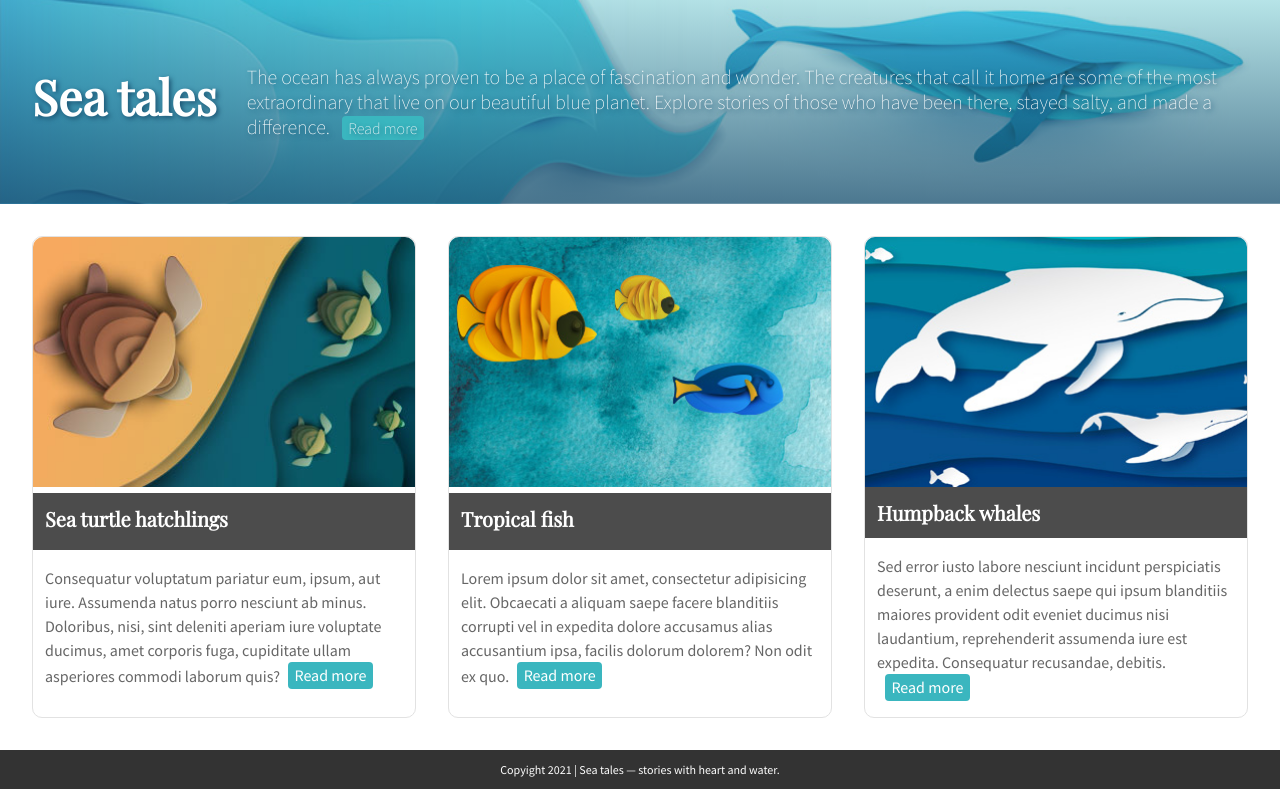
Repository: mariocapitbrok/css-combining-grid-and-flexbox-0305
Page: index.html
The author's editor kept a copy of each file at every save. The page is drawn from the files as they stood at one save, then again after the next save.
The browser window is 1280 px wide. The pictures show the whole page.

Above is the page before, as saved 2022-10-08 06:41:10.

### index.html
<!DOCTYPE html>
<html lang="en">
<head>
    <meta charset="UTF-8">
    <meta name="viewport" content="width=device-width, initial-scale=1.0">
    <title>Responsive webpage using flex and grid</title>
    <link rel="stylesheet" href="styles/base.css">
</head>
<body>

<main class="wrapper">
    <section class="hero">
        <h1>Sea tales</h1>
        <p>The ocean has always proven to be a place of fascination and wonder. The creatures that call it home are some of the most extraordinary that live on our beautiful blue planet. Explore stories of those who have been there, stayed salty, and made a difference. <a href="#">Read more</a></p>
    </section>
    <section class="stories">
       <article>
            <figure>
                <img src="images/s1.jpg" alt="sea tales">
                <figcaption>
                    <h3>Sea turtle hatchlings</h3>
                </figcaption>
            </figure>
            <p>Consequatur voluptatum pariatur eum, ipsum, aut iure. Assumenda natus porro nesciunt ab minus. Doloribus, nisi, sint deleniti aperiam iure voluptate ducimus, amet corporis fuga, cupiditate ullam asperiores commodi laborum quis?<a href="">Read more</a></p>
        </article>

        <article>
            <figure>
                <img src="images/s2.jpg" alt="sea tales">
                <figcaption>
                    <h3>Tropical fish</h3>
                </figcaption>
            </figure>
            <p>Lorem ipsum dolor sit amet, consectetur adipisicing elit. Obcaecati a aliquam saepe facere blanditiis corrupti vel in expedita dolore accusamus alias accusantium ipsa, facilis dolorum dolorem? Non odit ex quo.<a href="">Read more</a></p>
        </article>

        <article>
            <figure>
                <img src="images/s3.jpg" alt="sea tales">
                <figcaption>
                    <h3>Humpback whales</h3>
                </figcaption>
            </figure>
            <p>Sed error iusto labore nesciunt incidunt perspiciatis deserunt, a enim delectus saepe qui ipsum blanditiis maiores provident odit eveniet ducimus nisi laudantium, reprehenderit assumenda iure est expedita. Consequatur recusandae, debitis.<a href="">Read more</a></p>
        </article>
    </section>
</main>

<footer>
    <p>Copyight 2021 | Sea tales &mdash; stories with heart and water.</p>
</footer>


</body>
</html>

### styles/base.css
@import url('https://fonts.googleapis.com/css?family=Playfair+Display|Source+Sans+Pro:200,400');

* {
    box-sizing: border-box;
    padding: 0;
    margin: 0;
}

body {
    font-family: 'Source Sans Pro', sans-serif;
}

h1, h2, h3, h4, h5, h6 {
    font-family: 'Playfair Display', serif;
}

a {
    background-color: #3ab6bf;
    text-decoration: none;
    color: white;
    border-radius: .25rem;
    display: inline-block;
    padding: .1em .4em;
    margin-left: .5em;
}

main.wrapper {
    max-width: 1300px;
    margin: auto;
}

/* HEADER */
.hero {
    background: linear-gradient(#3ab6bf5e, #1a5271c7), url('../images/hero.jpg') no-repeat top right;
    background-size: cover;
    color: #fff;
    padding: 2rem;
}

.hero h1 {
    font-size: 3rem;
    text-shadow: 2px 2px 5px #1a5271;
    margin-right: 30px;
}

.hero p {
    font-size: 1.25rem;
    font-weight: 200;
    text-shadow: 2px 2px 5px #1a5271;
}

.hero a {
    font-size: 1rem;
}


/* STORIES */
.stories {
    padding: 2rem;
    display: grid;
    grid-template-columns: auto;
    grid-gap: 2rem
}

.stories article {
    border: 1px solid #e2e2e2;
    border-radius: 10px;
    display: grid;
    grid-template-columns: repeat(auto-fit, minmax(300px, 1fr));
}

.stories figure {
    display: grid;

}

.stories img {
    border-top-left-radius: 10px;
    border-top-right-radius: 10px;
    object-fit: cover;
    width: 100%;
    height: 250px;
}

.stories figcaption {
   background-color: rgba(0,0,0,.7);
   width: 100%;
}

.stories figcaption h3 {
   color: white;
   padding: .75rem;
   font-size: 1.25rem;
}

.stories p {
   font-size: 1rem;
   line-height: 1.5;
   padding: 1rem .75rem;
   color: #666666;

}

/* FOOTER */
footer {
   background-color: #333;
   padding: .75rem;
   color: white;
   text-align: center;
   font-size: .75rem;
}


/* MEDIA QUERY */
@media screen and (min-width: 800px) {
    .hero {
        background-position: center center;
        padding: 4em 2em;
        display: flex;
    }

    .hero h1 {
        text-align: right;
        max-width: 50%;
        margin-left: auto;
    }

    .hero p {
        flex: 1;
    }

    .stories {
        grid-template-columns: repeat(auto-fit, minmax(320px, 1fr));
    }

}

After the next save:
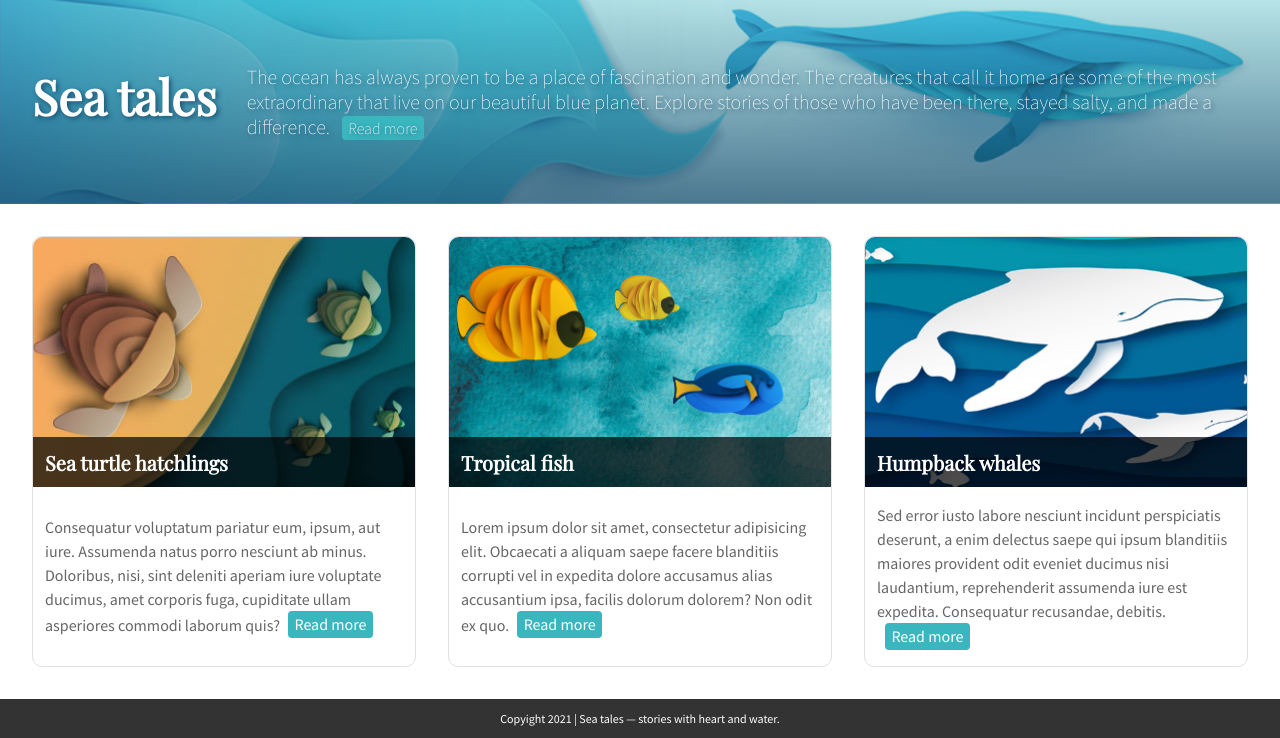
Saved 96 s later.
--- a/styles/base.css
+++ b/styles/base.css
@@ -71,7 +71,7 @@ main.wrapper {
 
 .stories figure {
     display: grid;
-
+    grid-template-rows: 200px 50px;
 }
 
 .stories img {
